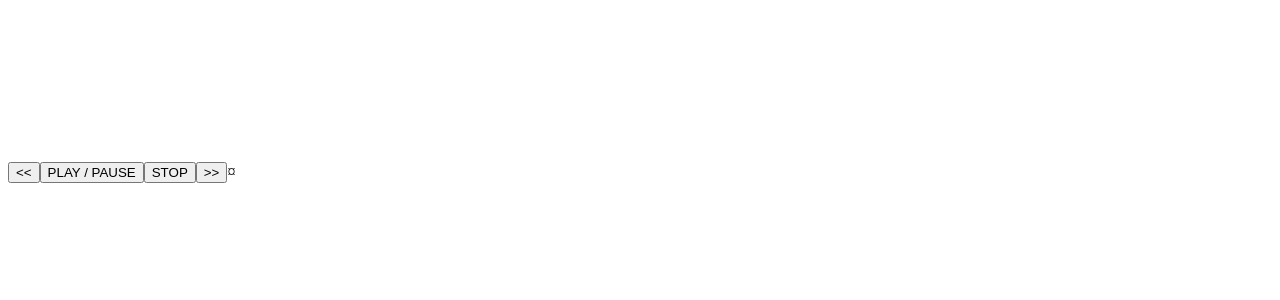
Repository: LuisMiLR/My-Media-Player-JS
Page: index.html
An editor plug-in stored every save of this project. The page is shown before and after the next save, followed by the edit.
The browser window is 1280 px wide. The pictures show the whole page.

Above is the page before, as saved 2023-03-23 01:38:34.
Console error: ReferenceError: volumeS is not defined

### index.html
<!DOCTYPE html>
<html lang="en">
<head>
    <meta charset="UTF-8">
    <meta http-equiv="X-UA-Compatible" content="IE=edge">
    <meta name="viewport" content="width=device-width, initial-scale=1.0">
    <title>Document</title>
</head>
<body>
    <div class="container"></div>
</body>
<script src="app.js"></script>

</html>

### app.js
const container = document.querySelector('.container');

//creation HTML dynamique

//// creation de la div globale
const allVid = document.createElement('div');
allVid.className = 'allVid';
container.appendChild(allVid);

const video = document.createElement('video');
video.setAttribute ='src','Ferrari.mp4';
video.className = 'video';
allVid.appendChild(video);

//creation de la div global pour le controle
const controls = document.createElement('div');
controls.className = 'controls';
allVid.appendChild(controls);

const orangeBar = document.createElement('div');
orangeBar.className ='orange-bar';
controls.appendChild(orangeBar);

const juice = document.createElement('div');
juice.className = 'orange-juice';
controls.appendChild(juice);

//creation div global des boutons
const buttons = document.createElement('div');
buttons.className = 'buttons';
controls.appendChild(buttons);

const rwdBtn = document.createElement('button');
rwdBtn.className = 'rwd';
rwdBtn.textContent = "<<";
buttons.appendChild(rwdBtn);

const btn = document.createElement('button');
btn.id = 'play-pause';
btn.textContent = 'PLAY / PAUSE';
buttons.appendChild(btn);

const stopBtn = document.createElement('button');
stopBtn.id = 'stop';
stopBtn.textContent = 'STOP';
buttons.appendChild(stopBtn);

const fwdBtn = document.createElement('button');
fwdBtn.classeName = 'fwd';
fwdBtn.textContent = '>>';
buttons.appendChild(fwdBtn);

const muteBtn = document.createElement('mute');
muteBtn.id = 'mute';
muteBtn.textContent = '¤'
buttons.appendChild(muteBtn);

//Création d'un élément input de type "range"
const volumeslider = document.createElement("input");
volumeslider.setAttribute("type", "range");

// Attribution de l'ID "volumeSlider"
volumeslider.setAttribute("id", "volumeSlider");

// Définition des attributs "min", "max", "value" et "step"
volumeslider.setAttribute("min", "0");
volumeslider.setAttribute("max", "100");
volumeslider.setAttribute("value", "50");
volumeslider.setAttribute("step", "1");
buttons.appendChild(volumeS);

After the next save:
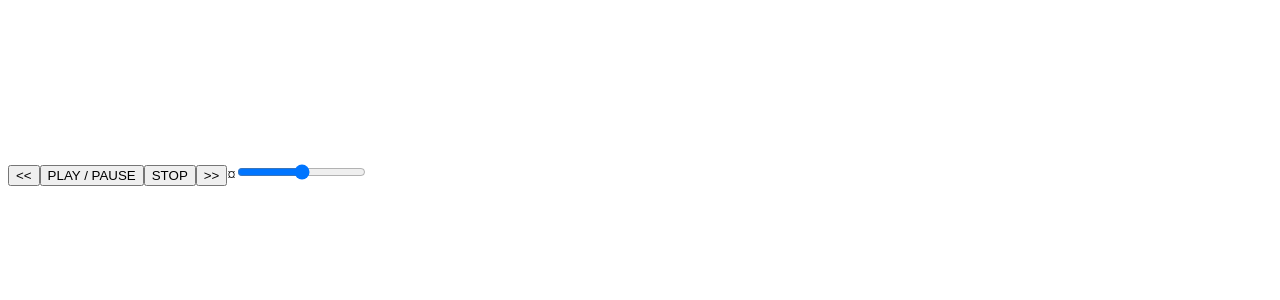
The error is gone.
Saved 4 s later.
--- a/app.js
+++ b/app.js
@@ -67,4 +67,4 @@
 volumeslider.setAttribute("max", "100");
 volumeslider.setAttribute("value", "50");
 volumeslider.setAttribute("step", "1");
-buttons.appendChild(volumeS);
+buttons.appendChild(volumeslider);
